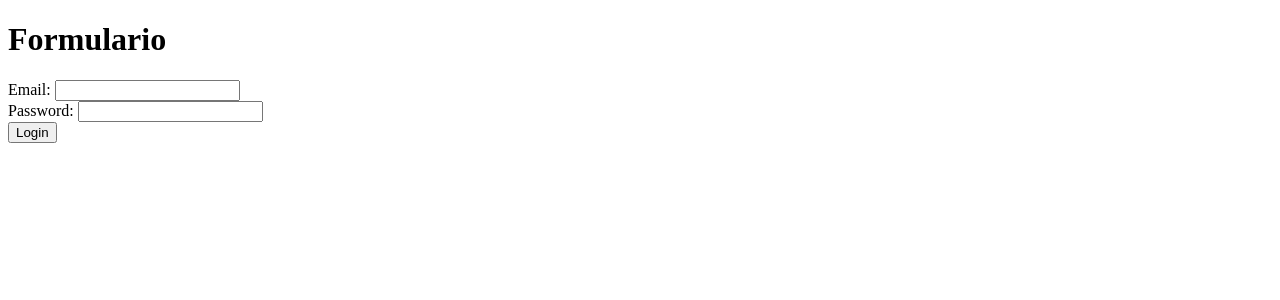
Repository: nachmz42/ProyectoJoker
Page: http://localhost/Joker/login.jsp
These files come from the project's save history. The page is drawn as it stood at one moment and after the next save; the edit follows.
The browser window is 1280 px wide. The pictures show the whole page.
The page is served by Tomcat 9.

Above is the page before, as saved 2021-07-01 10:40:26.

After the next save:
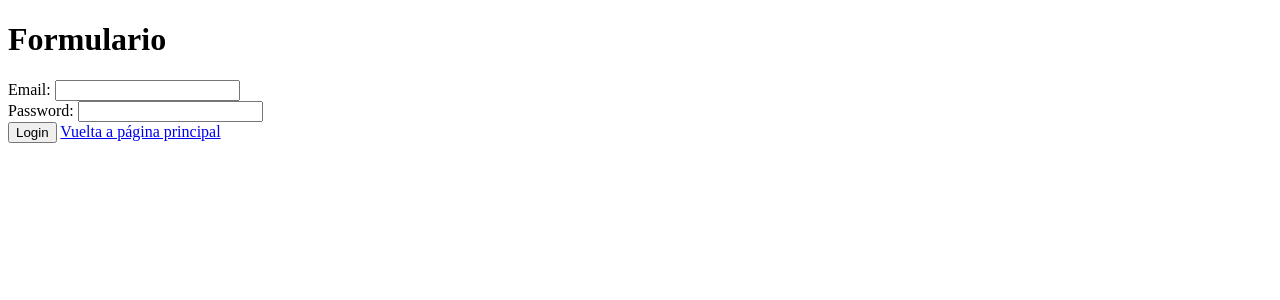
Saved 90 s later.
--- a/Joker/src/main/webapp/login.jsp
+++ b/Joker/src/main/webapp/login.jsp
@@ -15,5 +15,7 @@
 <input class="input" type="password"  name="password" required><br>
 <input type="submit" value="Login">
 <span style="color: red"><%=(request.getAttribute("msgerr") == null) ? "" : request.getAttribute("msgerr") %></span>
+
+<a href="index.jsp">Vuelta a página principal</a>
 </body>
 </html>
